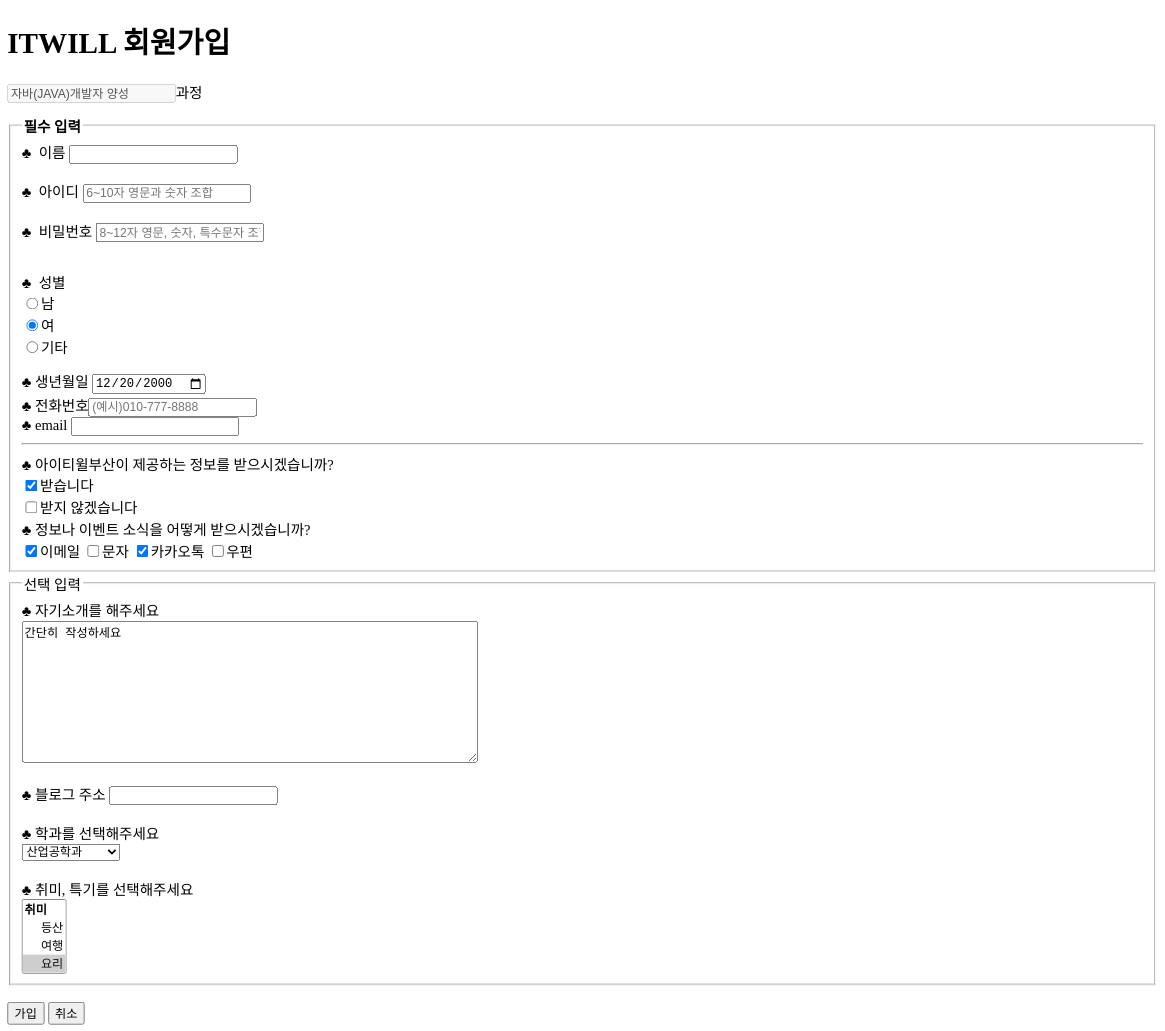
Repository: ReadStar/Web
Page: Html/html5/WebContent/form-test.html
These files come from the project's save history. The page is drawn as it stood at one moment and after the next save; the edit follows.
The browser window is 1280 px wide. The pictures show the whole page, at 91% of full size.

Above is the page before, as saved 2020-08-13 12:14:19.

### Html/html5/WebContent/form-test.html
<!DOCTYPE html>
<html>
<head>
<meta charset="UTF-8">
<title>Insert title here</title>
</head>
<body>
<h1>ITWILL 회원가입</h1>
<input type ="text" disabled="disabled" value = "자바(JAVA)개발자 양성">과정<pre></pre>
<fieldset>
<legend><b>필수 입력</b></legend>
<b>♣</b> &nbsp;이름 <input type="text"><br><br>
<b>♣</b> &nbsp;아이디 <input type="text" placeholder="6~10자 영문과 숫자 조합"><br><br>
<b>♣</b> &nbsp;비밀번호 <input type="text" placeholder="8~12자 영문, 숫자, 특수문자 조합"><br><br>
<pre></pre>
<b>♣</b>&nbsp; 성별<br>
<input type="radio" name = "gender">남<br>
<input type="radio" name = "gender" checked="checked">여<br>
<input type="radio" name = "gender">기타<br>
<pre></pre>
<b>♣</b>&nbsp;생년월일&nbsp;<input type="date" value="2000-12-20" ><br>
<b>♣</b>&nbsp;전화번호<input type="tel" placeholder="(예시)010-777-8888"><br>
<b>♣</b>&nbsp;email&nbsp;<input type="email"><br>
<hr></hr>
<b>♣</b>&nbsp;아이티윌부산이 제공하는 정보를 받으시겠습니까?<br>
<input type="checkbox" name="box" checked="checked">받습니다<br>
<input type="checkbox" name="box">받지 않겠습니다<br>
<b>♣</b>&nbsp;정보나 이벤트 소식을 어떻게 받으시겠습니까?<br>
<input type="checkbox" name="box2" checked="checked">이메일
<input type="checkbox" name="box2">문자
<input type="checkbox" name="box2" checked="checked">카카오톡
<input type="checkbox" name="box2">우편
</fieldset>

<fieldset>
<legend>선택 입력</legend>
<b>♣</b>&nbsp;자기소개를 해주세요<br>
<textarea cols="60" rows="10">간단히 작성하세요</textarea><br><br>
<b>♣</b>&nbsp;블로그 주소 <input type="url"><br><br>
<b>♣</b>&nbsp;학과를 선택해주세요<br>
<select>
<option>컴퓨터공학과</option>
<option selected="selected">산업공학과</option>
<option>기계공학과</option>
<option>화학공학과</option>
<option>전기전자공학과</option>
<option>건축공학과</option>
</select><br><br>
<b>♣</b>&nbsp;취미, 특기를 선택해주세요<br>
<select size="4" multiple="multiple">
<optgroup label="취미">
<option>등산</option>
<option>여행</option>
<option selected="selected">요리</option>
<option>게임</option>
</optgroup>
<optgroup label="특기">
<option>운동</option>
<option selected="selected">바둑</option>
<option>음악</option>
<option>무용</option>
</optgroup>
</select>
</fieldset><br>

<input type="submit" value="가입"> <input type="reset" value = "취소">

</body>
</html>

After the next save:
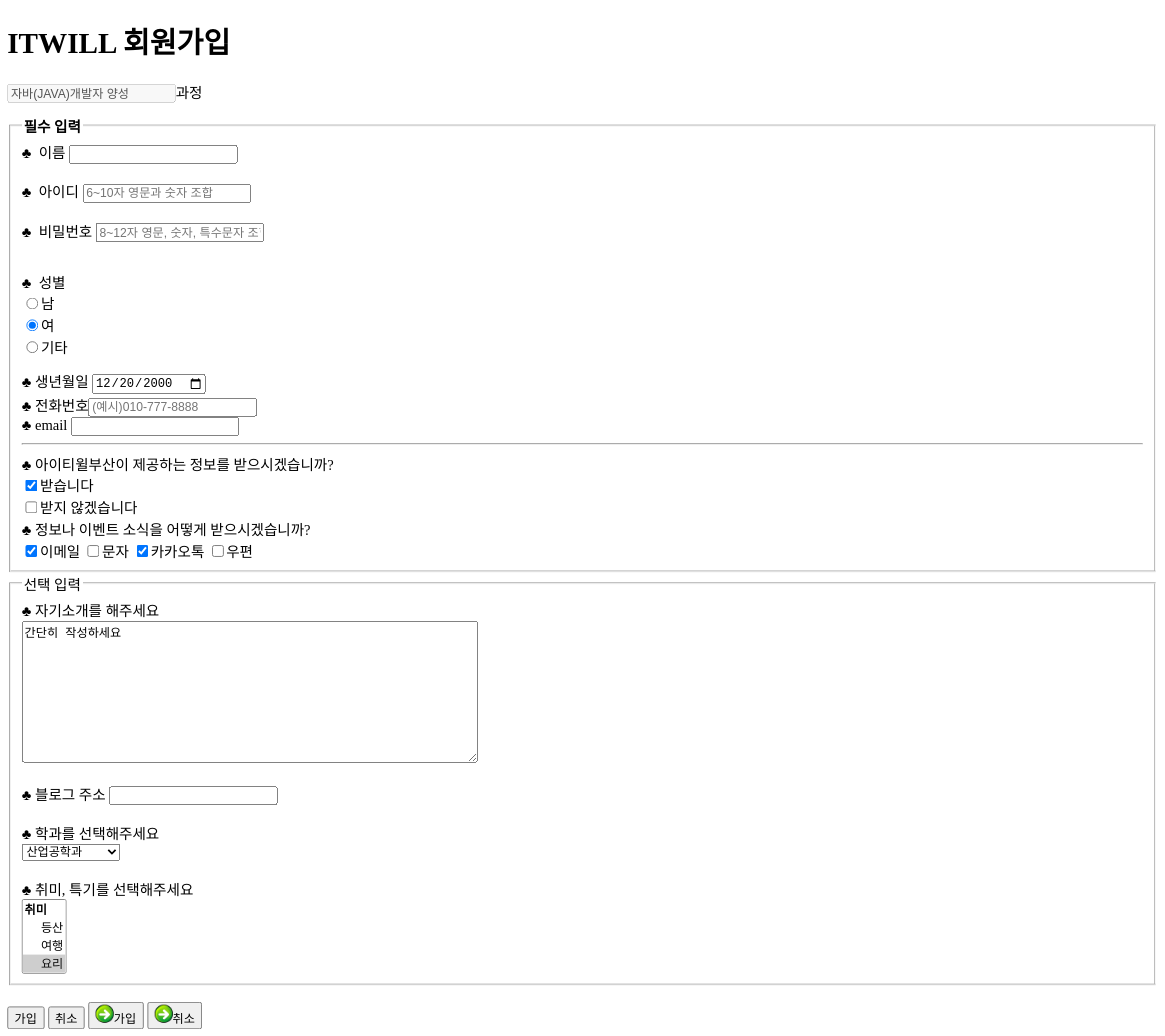
Saved 7 min 0 s later.
--- a/Html/html5/WebContent/form-test.html
+++ b/Html/html5/WebContent/form-test.html
@@ -62,8 +62,8 @@
 </optgroup>
 </select>
 </fieldset><br>
-
 <input type="submit" value="가입"> <input type="reset" value = "취소">
-
+	<button><img alt="alt" src="img.gif" width="20">가입</button>
+	<button><img alt="alt" src="img.gif" width="20">취소</button>
 </body>
 </html>
